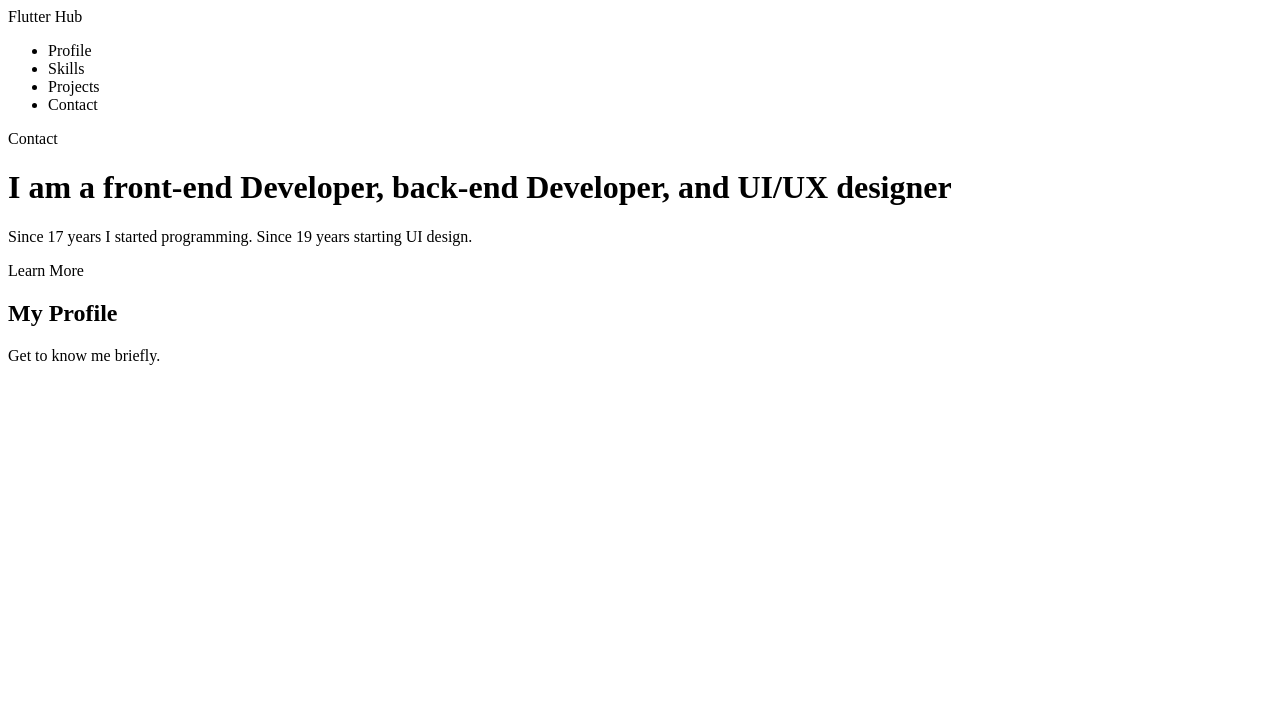
Repository: fhub-1/tutorial
Page: /
These files come from the project's save history. The page is drawn as it stood at one moment and after a run of saves; the edit follows.
The browser window is 1280 px wide. The pictures show the whole page.
The project was rebuilt for these pictures with package versions that can differ from the ones it lists, and the page was loaded fresh each time. The framework's server and built-in components were replaced by stand-ins that run in the browser. Also part of the build but not shown: next.config.js.

Above is the page before, as saved 2021-06-22 14:12:11.

After the next 2 saves:
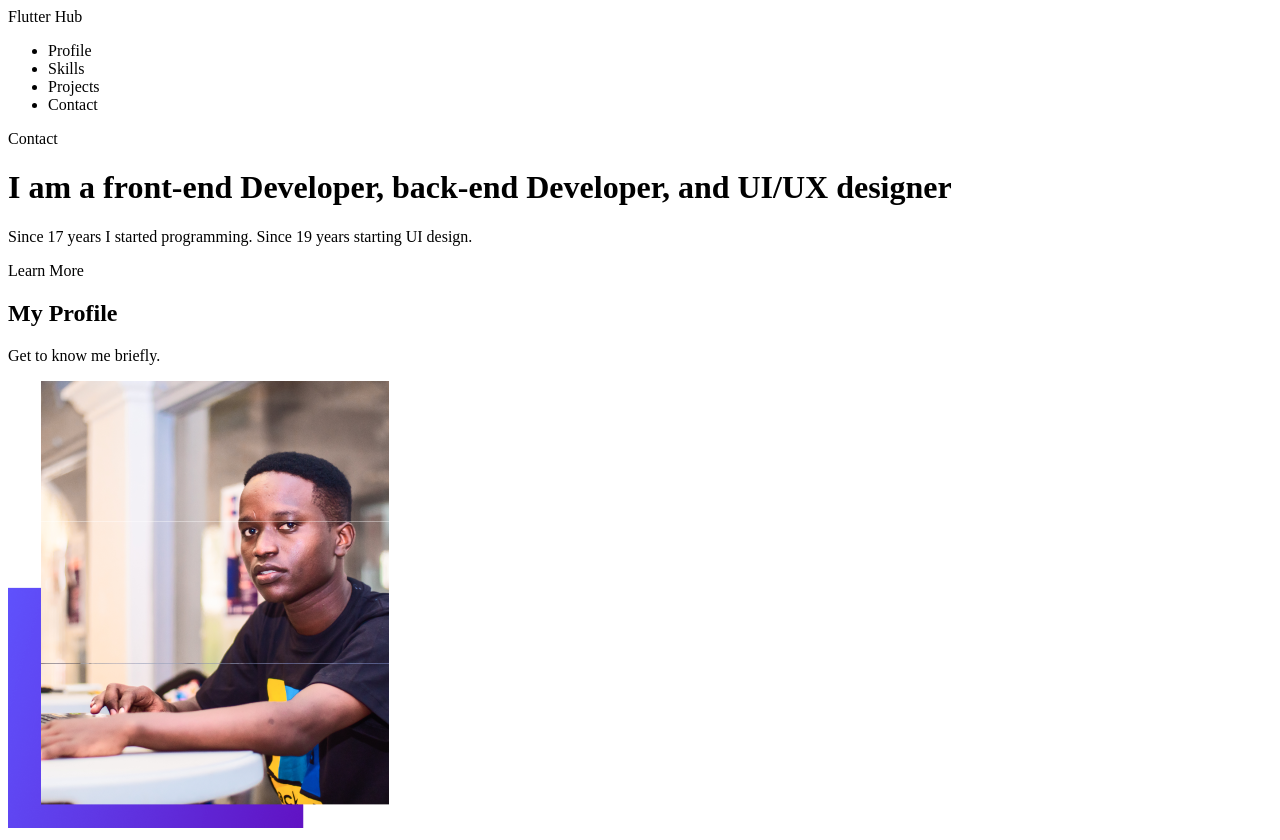
The 2 saves are shown as one change because 1 did not build or start.
The last was saved 10 min 16 s later.
--- a/pages/index.js
+++ b/pages/index.js
@@ -1,6 +1,9 @@
 import Nav from "../components/Nav"
 import Logo from "../components/Logo"
 import Button from "../components/Button"
+import Image from 'next/image'
+import Pro from  '../public/pro.png'
+
 
 export default function Home() {
 
@@ -38,7 +41,12 @@
       <section className="py-24">
         <div className="containeter mx-auto">
           <h2 className="text-2xl font-semi font-mono text-center font-bold">My Profile</h2>
-         <p className="text-center text-gray-400 text-lg mt-2">Get to know me briefly.</p>
+          <p className="text-center text-gray-400 text-lg mt-2">Get to know me briefly.</p>
+          <div className="flex">
+            <div className="w-4/12">
+              <Image src={Pro} alt="profile image"/>
+            </div>
+          </div>
         </div>
       </section>
       {/* end of profile section */}
